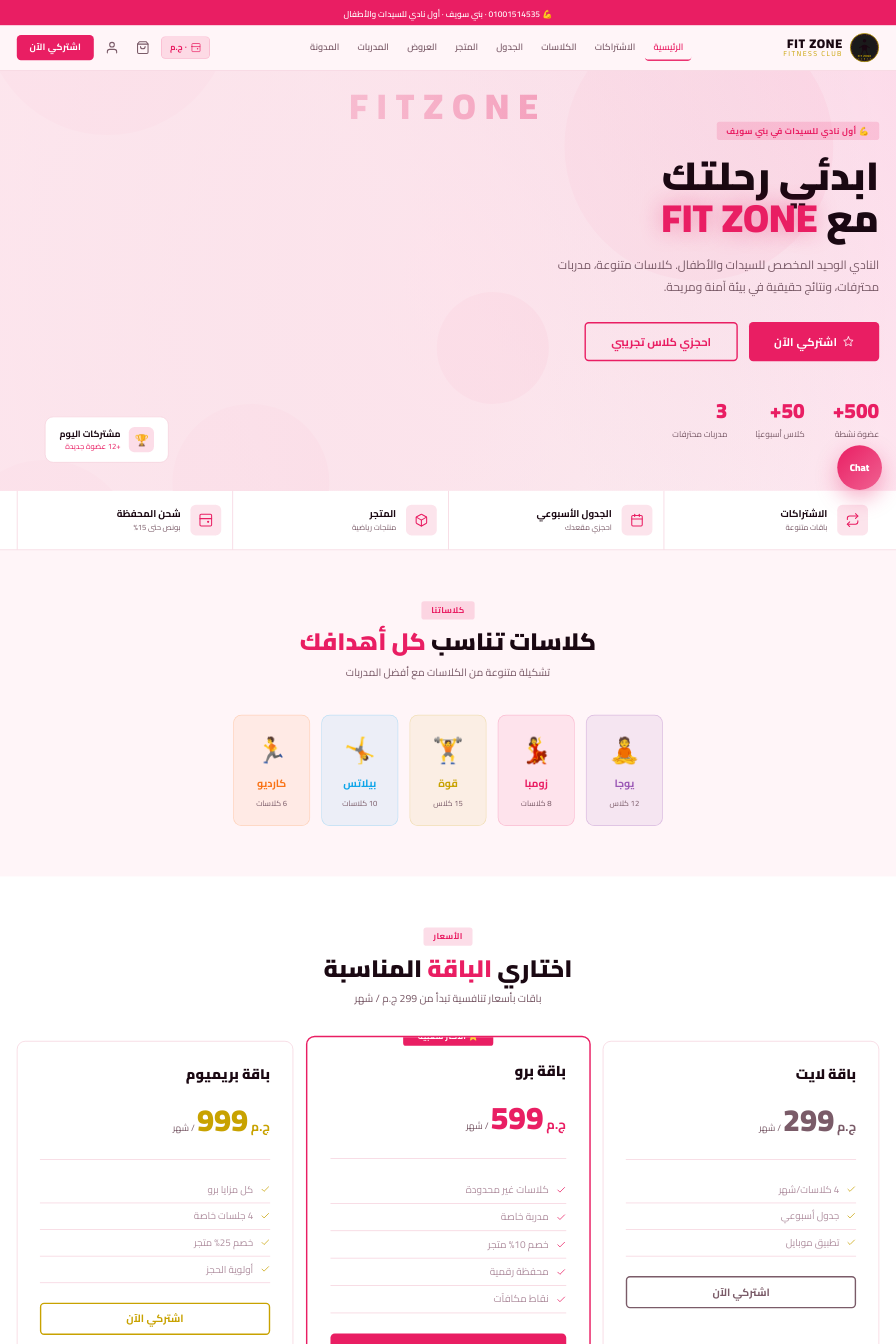
Repository: MrCCcrew/FitZone-App
Page: /
The author's editor kept a copy of each file at every save. The page is drawn from the files as they stood at one save, then again after the next save.
The browser window is 1280 px wide. The pictures show the part of the page from y = 0 to 1920 px (the page is 5422 px tall before and 5718 px after), at 70% of full size.
The page's requests for data from a server got no answer. The project was rebuilt for these pictures with package versions that can differ from the ones it lists, and the page was loaded fresh each time. The framework's server and built-in components were replaced by stand-ins that run in the browser. No one was signed in, and anything a server would have sent is missing. Also part of the build but not shown: next.config.ts.

Above is the page before, as saved 2026-03-28 17:45:55.

After the next save:
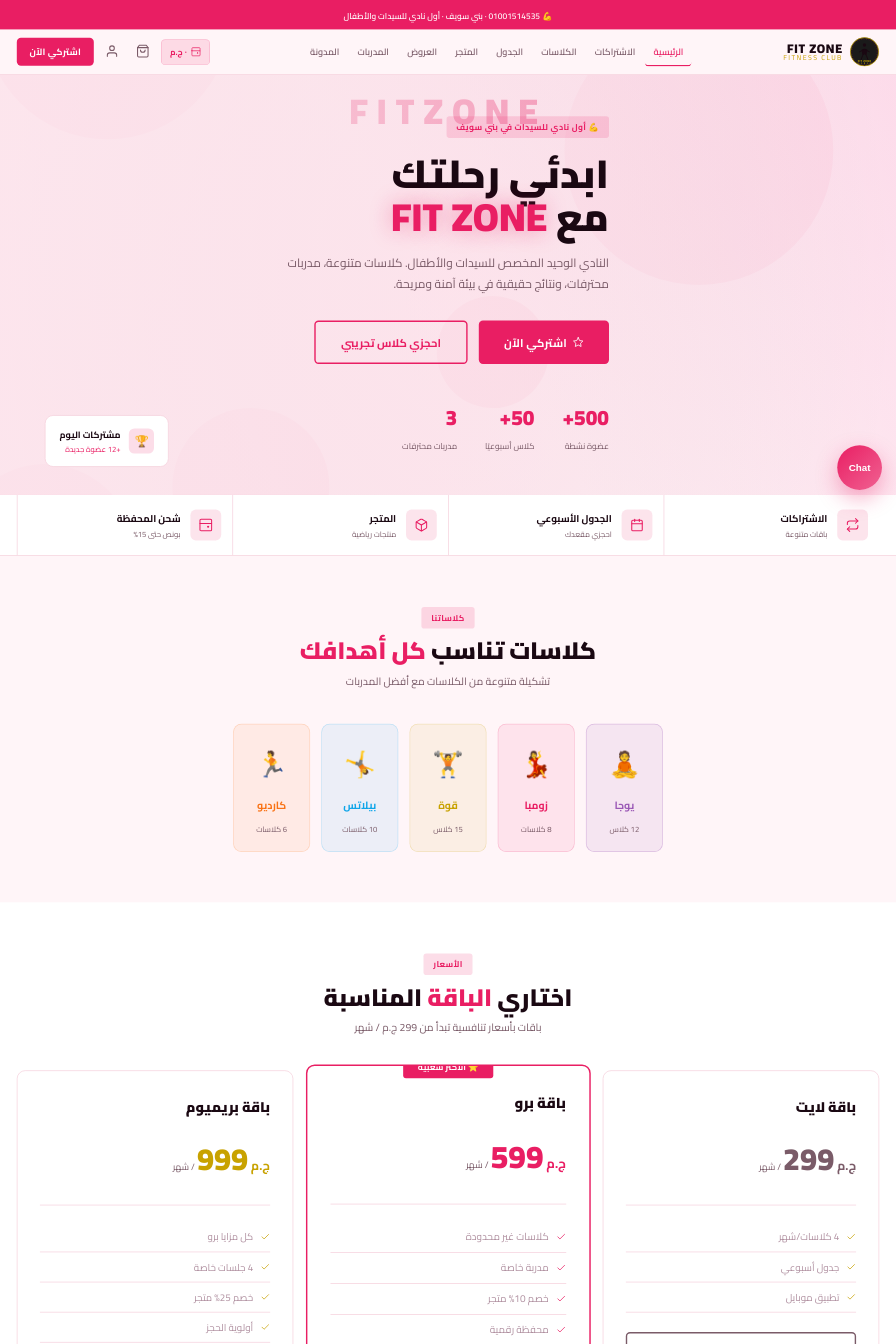
Saved 11 s later.
--- a/src/app/layout.tsx
+++ b/src/app/layout.tsx
@@ -1,6 +1,5 @@
 import type { Metadata } from "next";
 import { Geist, Geist_Mono } from "next/font/google";
-import "./globals.css";
 import Providers from "./Providers";
 
 const geistSans = Geist({

After the save that followed:
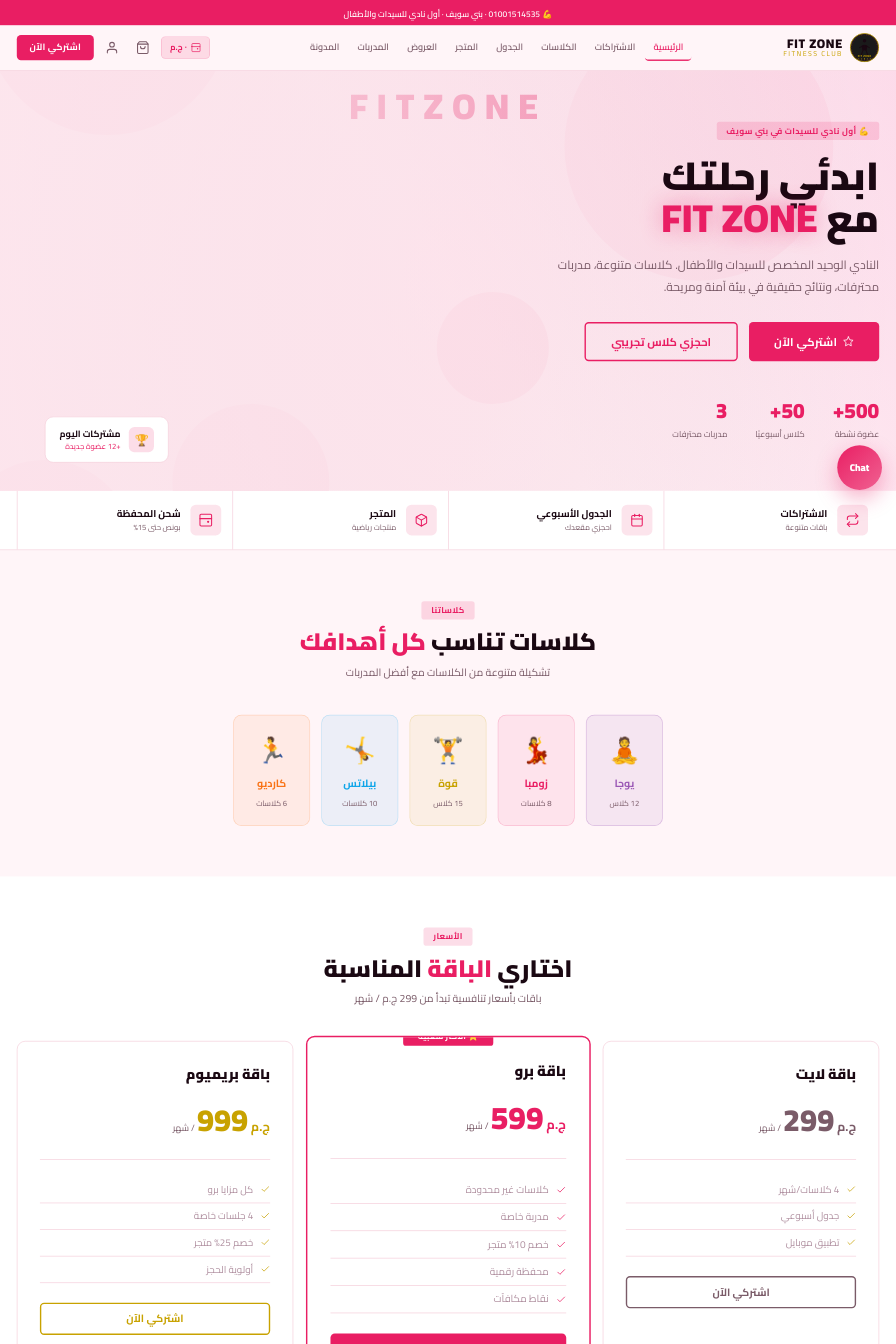
Saved 9 s later.
--- a/src/app/layout.tsx
+++ b/src/app/layout.tsx
@@ -1,5 +1,6 @@
 import type { Metadata } from "next";
 import { Geist, Geist_Mono } from "next/font/google";
+import "./globals.css";
 import Providers from "./Providers";
 
 const geistSans = Geist({
